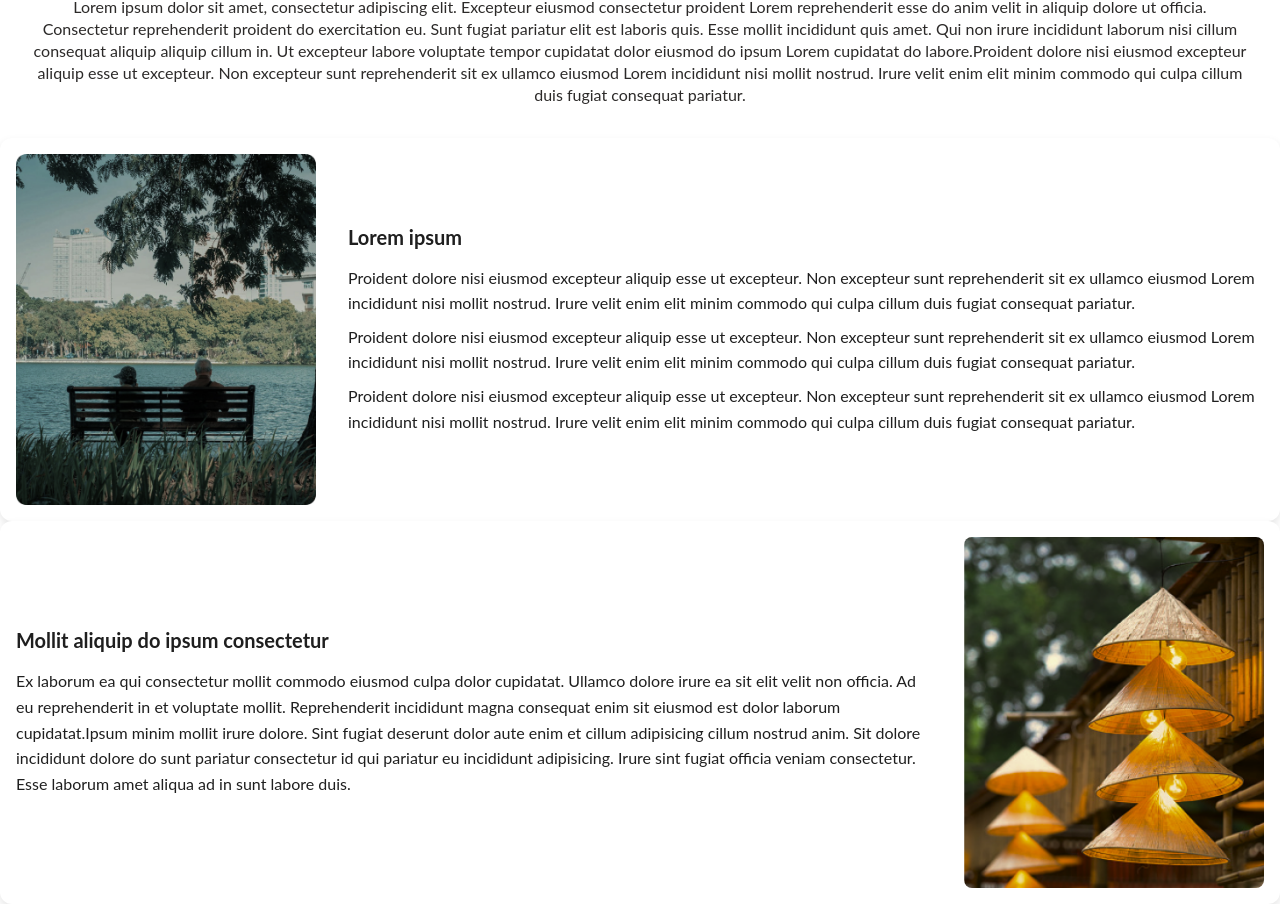
Repository: PhamNguyen2608/WGT-test
Page: index.html
The author's editor kept a copy of each file at every save. The page is drawn from the files as they stood at one save, then again after the next save.
The browser window is 1280 px wide. The pictures show the part of the page from y = 782 to 1686 px (the page is 1686 px tall).
A picture or video elsewhere on the page could not be fetched, so the positions and the page height are approximate.

Above is the page before, as saved 2024-11-12 01:55:43.

After the next save:
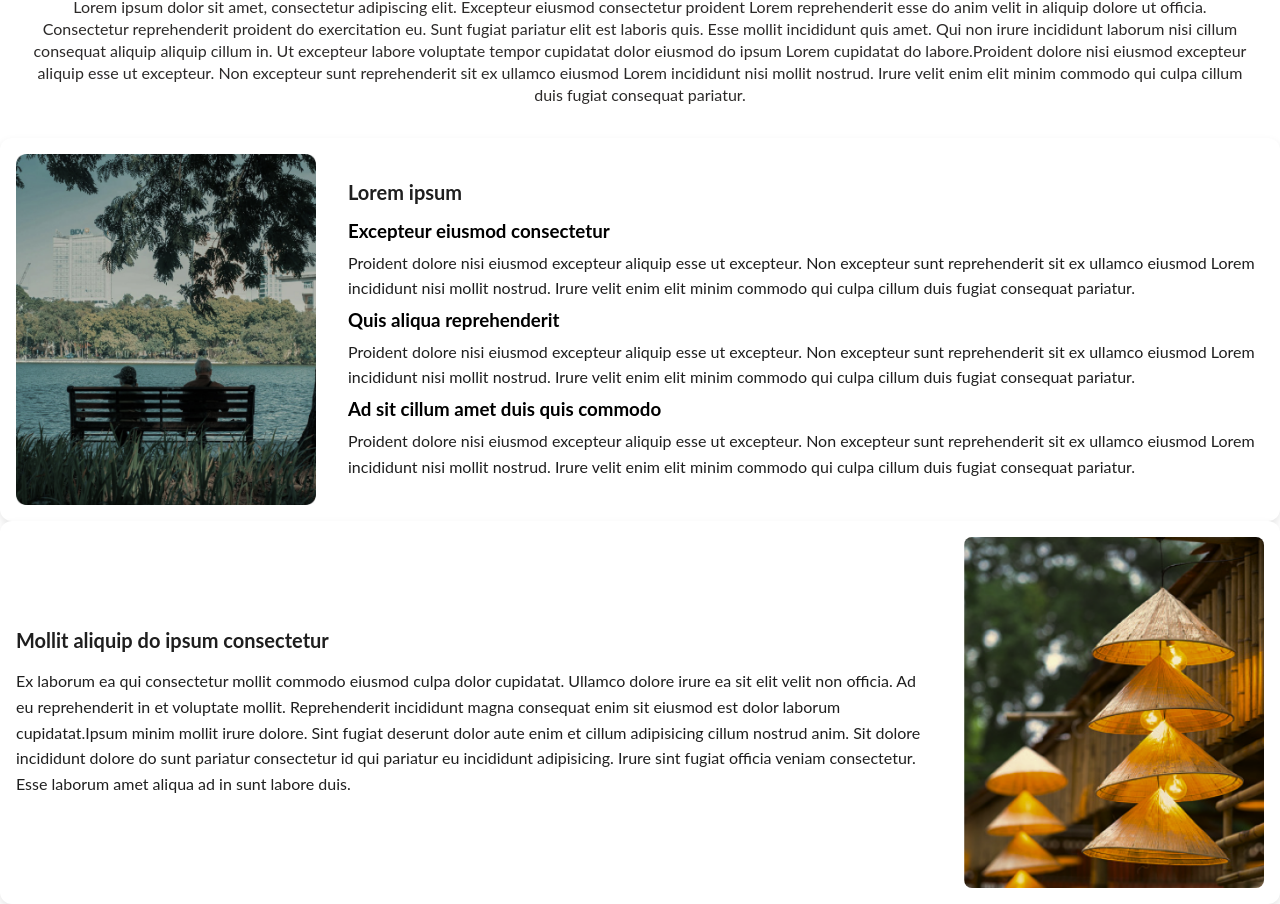
Saved 2 min 48 s later.
--- a/src/components/ContentSection.js
+++ b/src/components/ContentSection.js
@@ -1,8 +1,7 @@
 export default class ContentSection {
-    constructor({ image, text, subsections, reverse = false }) {
+    constructor({ image, text, reverse = false }) {
         this.image = image;
         this.text = text;
-        this.subsections = subsections;
         this.reverse = reverse;
     }
 
@@ -25,23 +24,27 @@ export default class ContentSection {
         titleElement.className = 'content-title';
         titleElement.textContent = this.text.title;
 
-        const descriptions = [];
+        textContainer.appendChild(titleElement);
+
         if (Array.isArray(this.text.subsections)) {
             this.text.subsections.forEach((subsection) => {
-                const p = document.createElement('p');
-                p.className = 'content-description';
-                p.textContent = subsection.content;
-                descriptions.push(p);
+                const subtitleElement = document.createElement('h3');
+                subtitleElement.className = 'content-subtitle';
+                subtitleElement.textContent = subsection.subtitle;
+
+                const contentElement = document.createElement('p');
+                contentElement.className = 'content-description';
+                contentElement.textContent = subsection.content;
+
+                textContainer.appendChild(subtitleElement);
+                textContainer.appendChild(contentElement);
             });
         } else if (this.text.content) {
-            const p = document.createElement('p');
-            p.className = 'content-description';
-            p.textContent = this.text.content;
-            descriptions.push(p);
+            const contentElement = document.createElement('p');
+            contentElement.className = 'content-description';
+            contentElement.textContent = this.text.content;
+            textContainer.appendChild(contentElement);
         }
-
-        textContainer.appendChild(titleElement);
-        descriptions.forEach((desc) => textContainer.appendChild(desc));
 
         section.appendChild(imageElement);
         section.appendChild(textContainer);
